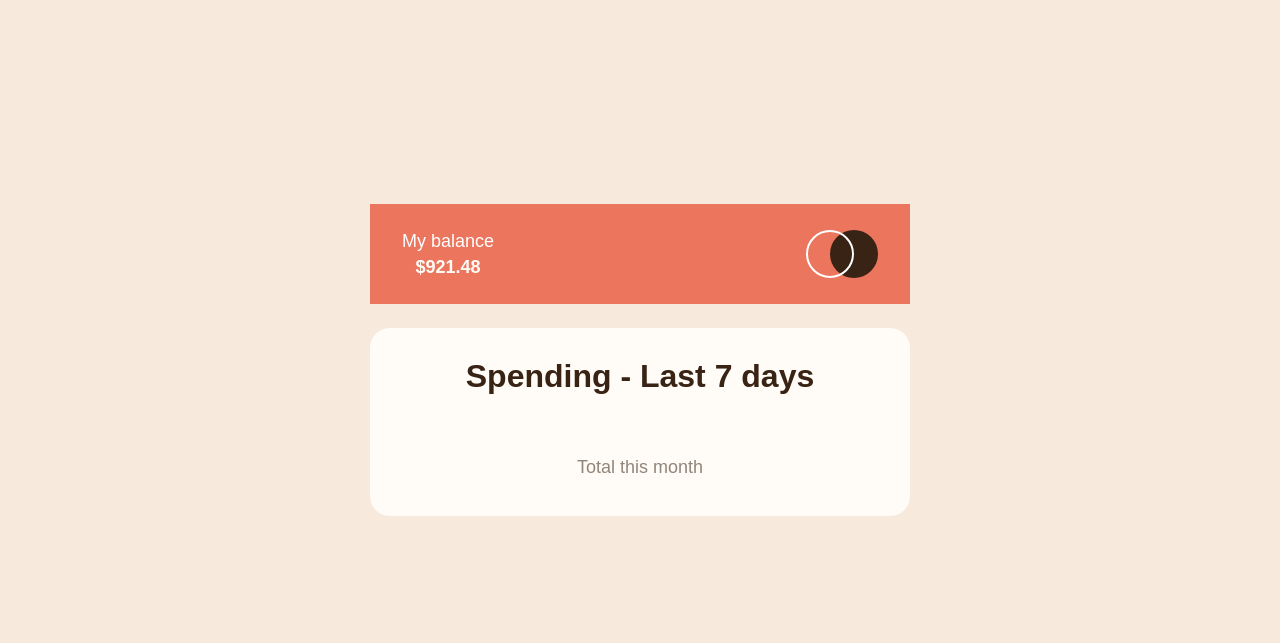
Repository: usmanov16/6-oy-2-dars-
Page: /
The author's editor kept a copy of each file at every save. The page is drawn from the files as they stood at one save, then again after the next save.
The browser window is 1280 px wide. The pictures show the whole page.
The project was rebuilt for these pictures with package versions that can differ from the ones it lists, and the page was loaded fresh each time. Also part of the build but not shown: vite.config.js.

Above is the page before, as saved 2025-08-28 14:31:04.

### index.html
<!doctype html>
<html lang="en">
  <head>
    <meta charset="UTF-8" />
    <link rel="icon" type="image/svg+xml" href="/vite.svg" />
    <meta name="viewport" content="width=device-width, initial-scale=1.0" />
    <title>Vite + React</title>
    <link rel="stylesheet" href="./src/index.css">
  </head>
  <body>
    <div id="root"></div>
    <script type="module" src="/src/main.jsx"></script>
  </body>
</html>

### src/index.css
@import "tailwindcss";

@theme {
  --color-red: #ec755d;
  --color-cream: #f8e9dd;
  --color-card-white: #fffbf6;
  --color-white: #ffffff;
  --color-cyan: #76b5bc;
  --color-medium-brown: #92857a;
  --color-dark-brown: #382314;

  /* font */
  --default-font-family: "DM Sans Variable", sans-serif;
}

@layer base {
  body {
    @apply text-lg text-medium-brown font-normal leading-[1] bg-cream flex items-center justify-center min-h-screen;
  }
}

@layer components {
  .chart-item span {
    display: none;
  }

  .chart-item:hover span {
    display: block;
  }
}

### src/main.jsx

import "./index.css";
// Supports weights 100-900
import '@fontsource-variable/dm-sans';
import { createRoot } from "react-dom/client";
import App from "./App";

createRoot(document.getElementById("root")).render(<App />);

### src/App.jsx

import './App.css'
import React from 'react'
import Card from './components/Card'
import CardTop from './components/CardTop'
import CardBottom from './components/CardBottom'

function App() {
  return (
    <div>
      <Card/>

    </div>
  )
}

export default App

### src/components/Card.jsx

import React from 'react'
import CardTop from './CardTop'
import CardBottom from './CardBottom'

function Card() {
  return (
    <div className='w-[540px] flex flex-col  gap-6'>
        <CardTop/>
        <CardBottom/>
    </div>
  )
}

export default Card

### src/components/CardTop.jsx
import React from 'react'

function CardTop() {
  return (
    <div className='flex items-center justify-between px-8 py-6.5 bg-red rounded[1.25rem]'>
        <div className='flex flex-col gap-2'>
            <span className='text-white'>My balance</span>
            <span className='font-bold text-card-white text[2rem]'>$921.48</span>
        </div>
        <img src="./rounded.svg" alt="" width={72} height={48} />
    </div>
  )
}

export default CardTop

### src/components/CardBottom.jsx
import React from 'react'

const chartData = [
  {
    id: 1,
    weekdays: "mo",
    value: 56
  },
  {
    id: 2,
    weekdays: "tu",
    value: 40
  },
  {
    id: 3,
    weekdays: "we",
    value: 44
  },
  {
    id: 4,
    weekdays: "th",
    value: 81
  },
  {
    id: 5,
    weekdays: "fr",
    value: 76
  },
  {
    id: 6,
    weekdays: "sa",
    value: 15
  },
  {
    id: 7,
    weekdays: "su",
    value: 11
  }

]

function CardBottom() {
  const [maxChart] = [...chartData].sort((a, b) => {
    return b.value - a.value
  })

  function chartHeight(h) {
    let {value} = maxChart;

    return `${((h  * 100) / value).toFixed(1)}% `
    // return "h-[150px]"
  }

  return (
    <div className='bg-card-white pt-8 p-10 rounded-[1.25rem]'>
      <h1 className='text-dark-brown font-bold text-[2rem] mb-[66px] '>Spending - Last 7 days</h1>
      <ul className=' w-full flex justify-between gap-2 '>
        {chartData.map((ch) => {

          <li className='w-[3.125rem] text-center flex flex-col gap-2' key={ch.id}>

            <div className='h-[150px] flex items-end relative'>

              <div style={{height: chartHeight(ch.value) }}
               className={`chart-item rounded-[5px] w-full ${
                ch.value == maxChart.value ? "bg-cyan" : "bg-red"
              } relative ` }>
                <span className='absolute -top-2 left-[50%] -translate-x-[50%] -translate-y-[100%]'>${ch.value}</span>
              </div>
            </div>
            <span className='w-full'>{ch.weekdays}</span>
          </li>
        })}
      </ul>
      <span className='w-[460px] h-0.5 bg-card-white'></span>
      <div>
      <span className="text-medium-brown font-normal leading-[1]">Total this month</span>
      <span className='text-dark-brown text- '></span>
      </div>
    </div>
  )
}

export default CardBottom

Loaded but not shown: src/App.css (common file)

After the next save:
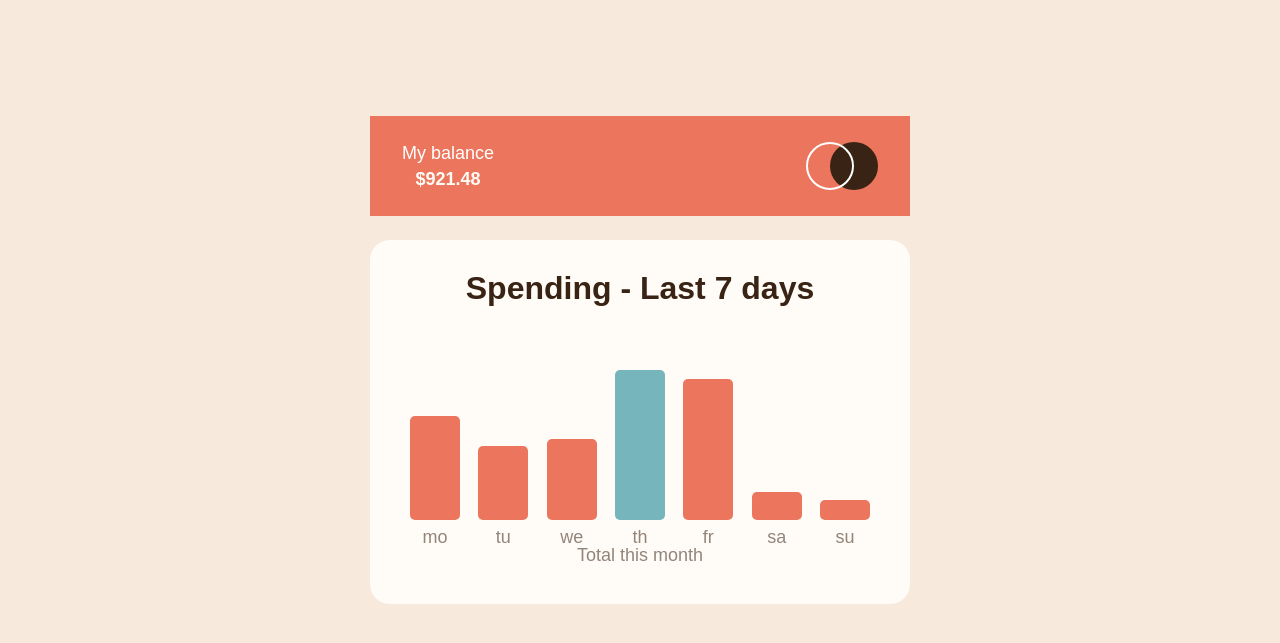
Saved 8 s later.
--- a/src/components/CardBottom.jsx
+++ b/src/components/CardBottom.jsx
@@ -57,19 +57,21 @@ function CardBottom() {
       <ul className=' w-full flex justify-between gap-2 '>
         {chartData.map((ch) => {
 
+         return (
           <li className='w-[3.125rem] text-center flex flex-col gap-2' key={ch.id}>
 
-            <div className='h-[150px] flex items-end relative'>
+          <div className='h-[150px] flex items-end relative'>
 
-              <div style={{height: chartHeight(ch.value) }}
-               className={`chart-item rounded-[5px] w-full ${
-                ch.value == maxChart.value ? "bg-cyan" : "bg-red"
-              } relative ` }>
-                <span className='absolute -top-2 left-[50%] -translate-x-[50%] -translate-y-[100%]'>${ch.value}</span>
-              </div>
+            <div style={{height: chartHeight(ch.value) }}
+             className={`chart-item rounded-[5px] w-full ${
+              ch.value == maxChart.value ? "bg-cyan" : "bg-red"
+            } relative ` }>
+              <span className='absolute -top-2 left-[50%] -translate-x-[50%] -translate-y-[100%]'>${ch.value}</span>
             </div>
-            <span className='w-full'>{ch.weekdays}</span>
-          </li>
+          </div>
+          <span className='w-full'>{ch.weekdays}</span>
+        </li>
+         )
         })}
       </ul>
       <span className='w-[460px] h-0.5 bg-card-white'></span>
